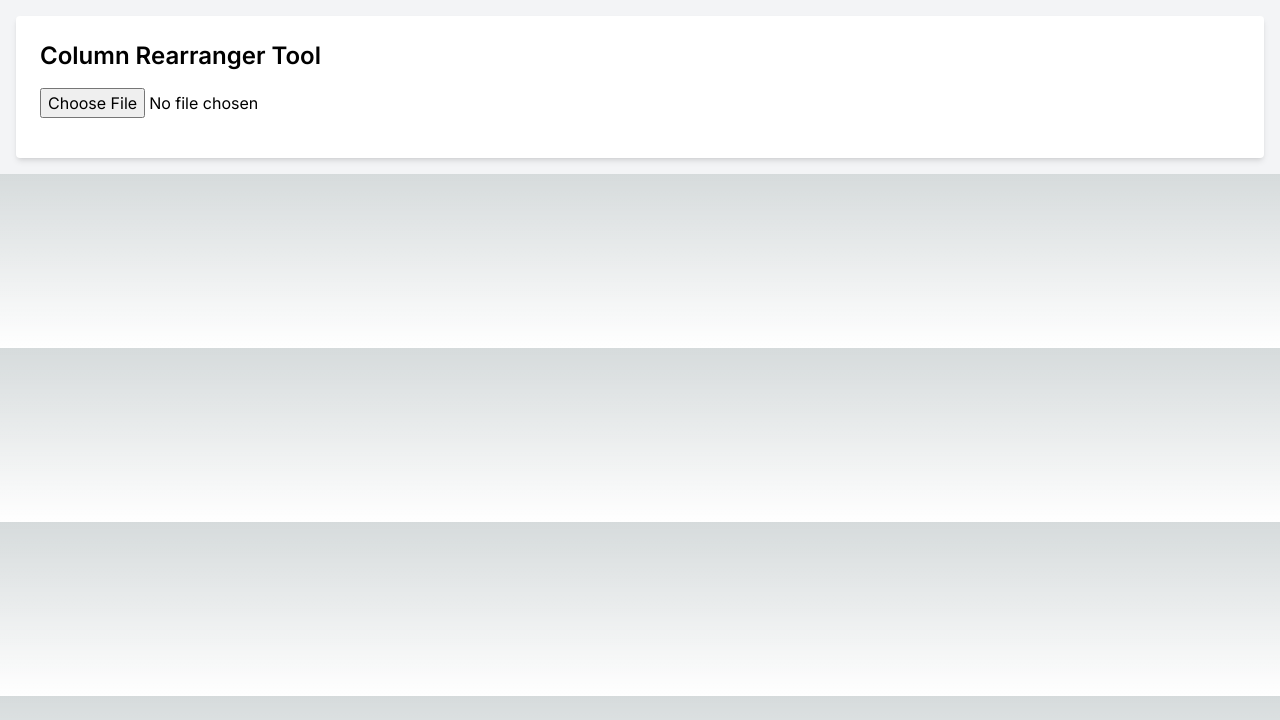
Repository: Wilderness-Committee/ColumnRearranger
Page: /
These files come from the project's save history. The page is drawn as it stood at one moment and after the next save; the edit follows.
The browser window is 1280 px wide. The pictures show the whole page.
The project was rebuilt for these pictures with package versions that can differ from the ones it lists, and the page was loaded fresh each time. The framework's server and built-in components were replaced by stand-ins that run in the browser. Also part of the build but not shown: next.config.mjs.

Above is the page before, as saved 2024-05-28 09:13:13.

### app/page.tsx
import React from "react";
import Image from "next/image";
import ColumnRearranger from "./components/ColumnRearranger";

export default function Home() {
  return (
    <main className="flex flex-grow items-center justify-center w-full">
      <ColumnRearranger />
    </main>
  );
}

### app/components/ColumnRearranger.tsx
"use client";

import React, { useState, ChangeEvent } from "react";
import Papa from "papaparse";

const ColumnRearranger: React.FC = () => {
  const [csvData, setCsvData] = useState<any[]>([]);
  const [rearrangedData, setRearrangedData] = useState<any[]>([]);
  const [fileName, setFileName] = useState("");

  const handleFileUpload = (event: ChangeEvent<HTMLInputElement>) => {
    const file = event.target.files?.[0];
    if (file) {
      setFileName(file.name);
      Papa.parse(file, {
        header: true,
        dynamicTyping: true,
        complete: (result) => {
          setCsvData(result.data);
          rearrangeColumns(result.data);
        },
      });
    }
  };

  const rearrangeColumns = (data: any[]) => {
    fetch("/fieldset_order.json")
      .then((response) => response.json())
      .then((order) => {
        const newOrder = Object.values(order) as string[];
        const rearranged = data.map((row) => {
          const newRow: { [key: string]: any } = {};
          newOrder.forEach((col) => {
            if (row.hasOwnProperty(col)) {
              newRow[col] = row[col];
            }
          });
          return newRow;
        });
        const cleanedData = cleanColumnHeaders(rearranged);
        setRearrangedData(cleanedData);
      })
      .catch((error) => console.error("Error loading JSON:", error));
  };

  const cleanColumnHeaders = (data: any[]) => {
    return data.map((row) => {
      const newRow: { [key: string]: any } = {};
      Object.keys(row).forEach((key) => {
        const newKey = key.replace(/^(Household|Contact|Campaign)\./, "");
        newRow[newKey] = row[key];
      });
      return newRow;
    });
  };

  const downloadCSV = () => {
    const csv = Papa.unparse(rearrangedData);
    const blob = new Blob([csv], { type: "text/csv;charset=utf-8;" });
    const link = document.createElement("a");
    link.href = URL.createObjectURL(blob);
    link.download = fileName.replace(".csv", "_rearranged.csv");
    link.click();
  };

  return (
    <div className="h-full flex-1 flex-col items-center justify-center bg-gray-100 p-4 w-full">
      <div className="bg-white shadow-md rounded p-6 h-full w-full">
        <h2 className="text-2xl font-semibold mb-4 text-black">
          Column Rearranger Tool
        </h2>
        <input
          type="file"
          accept=".csv"
          onChange={handleFileUpload}
          className="mb-4 w-full"
        />
        {csvData.length > 0 && (
          <>
            <div className="overflow-auto max-h-96 mb-4">
              <table className="w-full bg-white">
                <thead>
                  <tr>
                    {Object.keys(rearrangedData[0] || {}).map((col) => (
                      <th key={col} className="py-2 px-4 border-b text-black">
                        {col}
                      </th>
                    ))}
                  </tr>
                </thead>
                <tbody>
                  {rearrangedData.map((row, rowIndex) => (
                    <tr key={rowIndex}>
                      {Object.values(row).map((cell, cellIndex) => (
                        <td
                          key={cellIndex}
                          className="py-2 px-4 border-b text-black"
                        >
                          {cell as string | number | boolean | null | undefined}
                        </td>
                      ))}
                    </tr>
                  ))}
                </tbody>
              </table>
            </div>
            <button
              onClick={downloadCSV}
              className="bg-blue-500 text-white py-2 px-4 rounded"
            >
              Download Rearranged CSV
            </button>
          </>
        )}
      </div>
    </div>
  );
};

export default ColumnRearranger;

Loaded but not shown: app/layout.tsx (common file); app/globals.css (common file); tailwind.config.ts (common file)

After the next save:
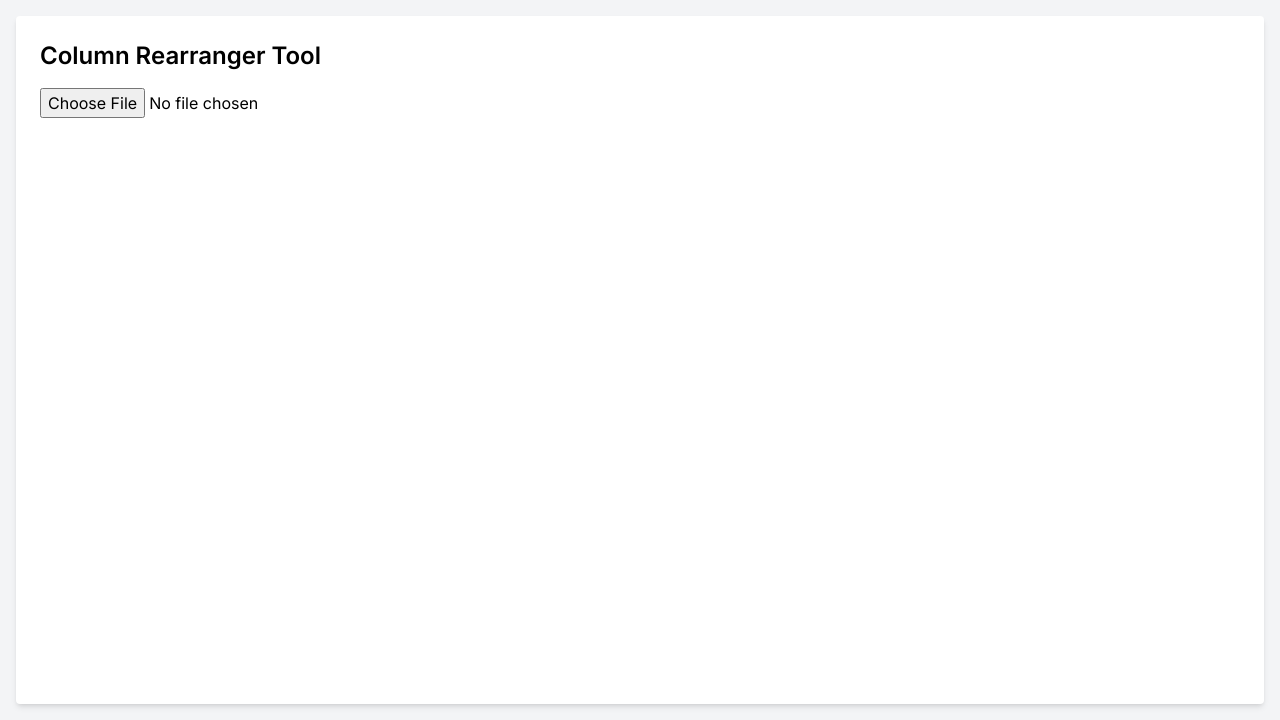
Saved 4 min 26 s later.
--- a/app/components/ColumnRearranger.tsx
+++ b/app/components/ColumnRearranger.tsx
@@ -64,8 +64,8 @@ const ColumnRearranger: React.FC = () => {
   };
 
   return (
-    <div className="h-full flex-1 flex-col items-center justify-center bg-gray-100 p-4 w-full">
-      <div className="bg-white shadow-md rounded p-6 h-full w-full">
+    <div className="h-screen w-screen flex items-center justify-center bg-gray-100 p-4">
+      <div className="bg-white shadow-md rounded p-6 h-full w-full flex flex-col">
         <h2 className="text-2xl font-semibold mb-4 text-black">
           Column Rearranger Tool
         </h2>
@@ -77,7 +77,7 @@ const ColumnRearranger: React.FC = () => {
         />
         {csvData.length > 0 && (
           <>
-            <div className="overflow-auto max-h-96 mb-4">
+            <div className="overflow-auto flex-grow mb-4">
               <table className="w-full bg-white">
                 <thead>
                   <tr>
